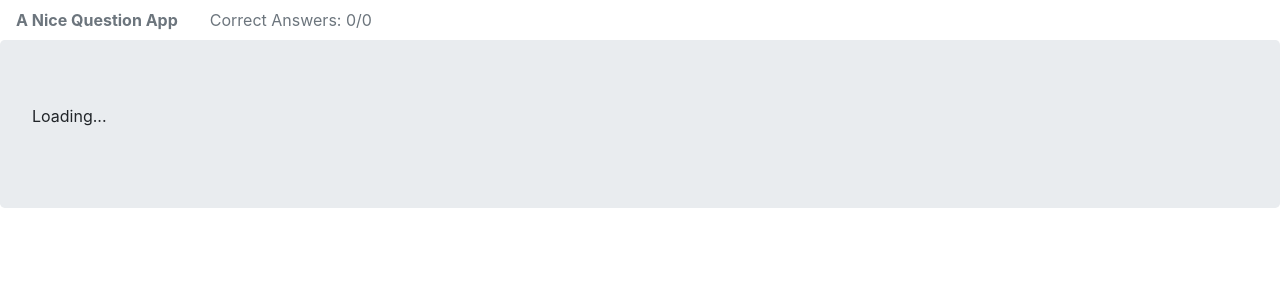
Repository: giovanicascaes/vue-quiz-app
Page: /
These files come from the project's save history. The page is drawn as it stood at one moment and after the next save; the edit follows.
The browser window is 1280 px wide. The pictures show the whole page.
The page's requests for data from a server got no answer. The project was rebuilt for these pictures with package versions that can differ from the ones it lists, and the page was loaded fresh each time. No one was signed in, and anything a server would have sent is missing. Also part of the build but not shown: vue.config.js.

Above is the page before, as saved 2019-04-14 02:23:33.

After the next save:
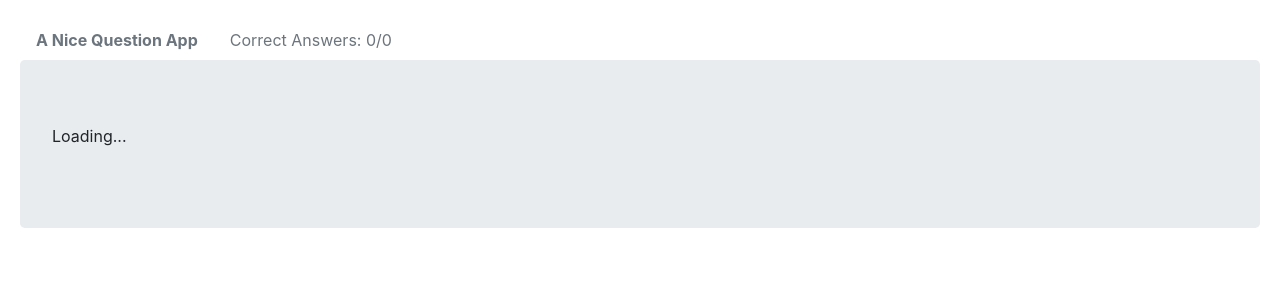
Saved 40 s later.
--- a/src/App.vue
+++ b/src/App.vue
@@ -29,3 +29,9 @@ export default {
   }
 };
 </script>
+
+<style>
+#app {
+  margin: 20px;
+}
+</style>
